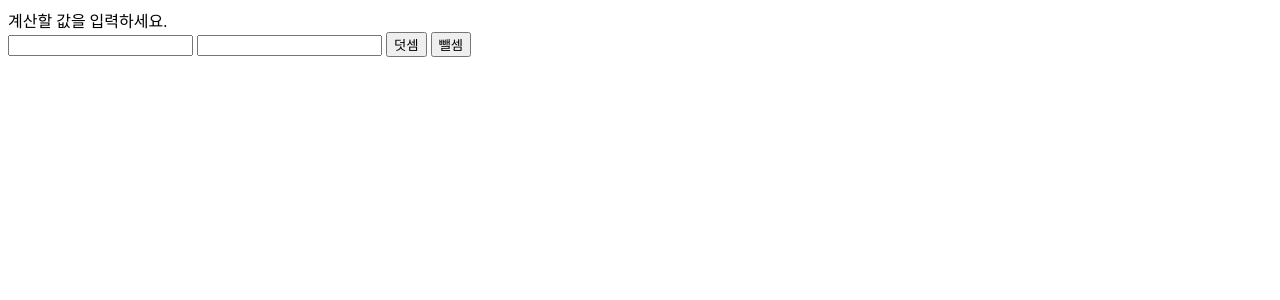
Repository: kwondam/servlet
Page: workspace/JSPPrj/WebContent/calc.html
These files come from the project's save history. The page is drawn as it stood at one moment and after the next save; the edit follows.
The browser window is 1280 px wide. The pictures show the whole page.

Above is the page before, as saved 2020-03-25 06:49:02.

After the next save:
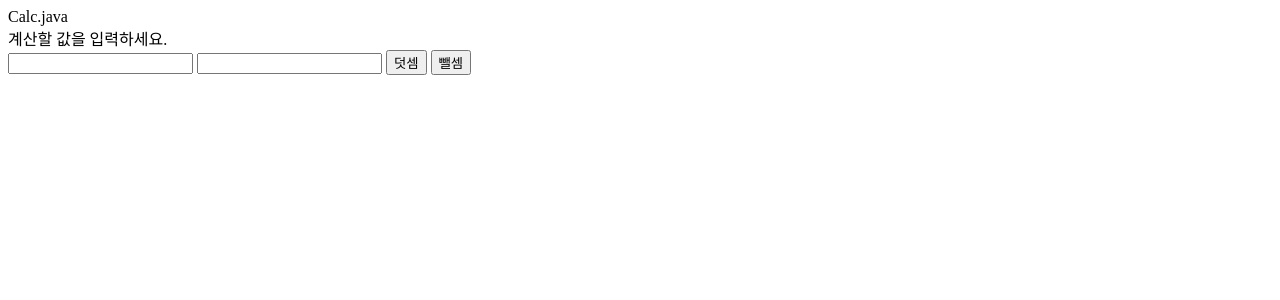
Saved 4 min 55 s later.
--- a/workspace/JSPPrj/WebContent/calc.html
+++ b/workspace/JSPPrj/WebContent/calc.html
@@ -1,4 +1,4 @@
-<!DOCTYPE html>
+Calc.java<!DOCTYPE html>
 <html>
 <head>
 <meta charset="UTF-8">
